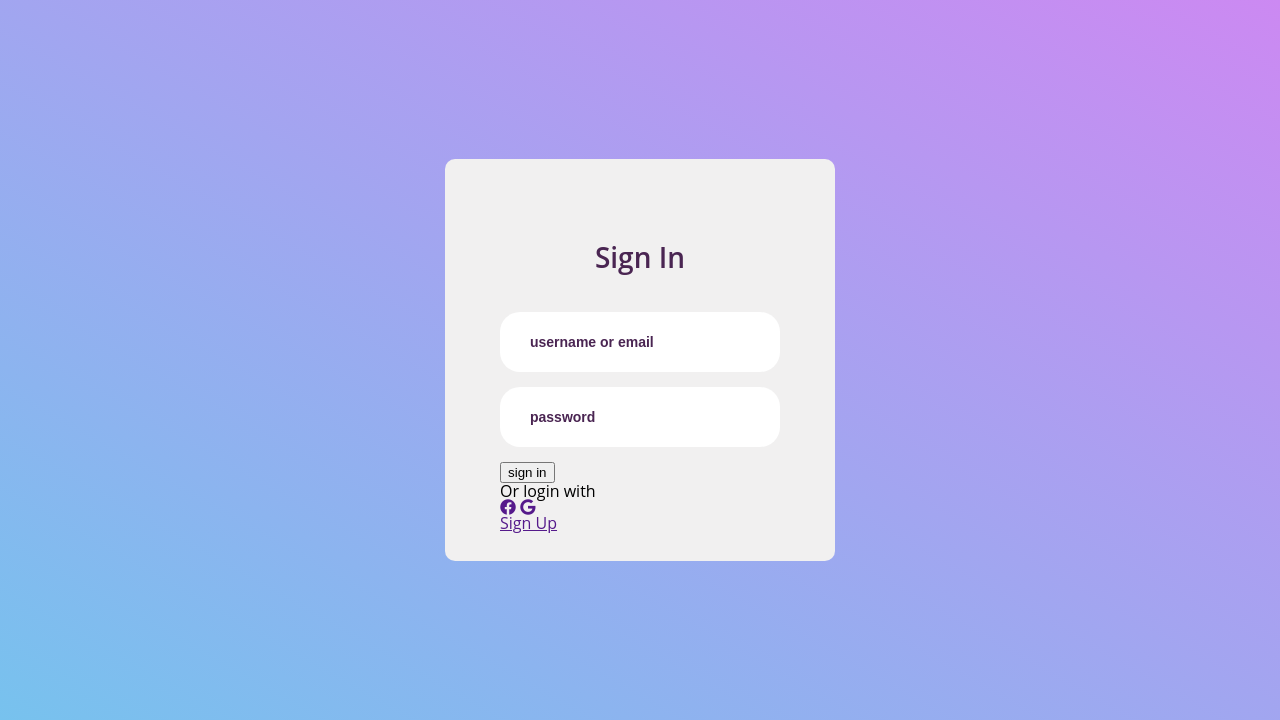
Repository: letrongtinh27/LapTrinhWeb
Page: signin/index.html
The author's editor kept a copy of each file at every save. The page is drawn from the files as they stood at one save, then again after the next save.
The browser window is 1280 px wide. The pictures show the whole page.

Above is the page before, as saved 2022-10-09 21:03:49.

### signin/index.html
<!DOCTYPE html>
<html lang="en">
<head>
    <meta charset="UTF-8">
    <meta http-equiv="X-UA-Compatible" content="IE=edge">
    <meta name="viewport" content="width=device-width, initial-scale=1.0">
    <title>Sign In</title>
    <link rel="stylesheet" href="reset.css">
    <link rel="stylesheet" href="style.css">
    <link rel="stylesheet" href="https://cdnjs.cloudflare.com/ajax/libs/font-awesome/6.2.0/css/all.min.css" integrity="sha512-xh6O/CkQoPOWDdYTDqeRdPCVd1SpvCA9XXcUnZS2FmJNp1coAFzvtCN9BmamE+4aHK8yyUHUSCcJHgXloTyT2A==" crossorigin="anonymous" referrerpolicy="no-referrer" />
</head>
<body>
    <div class="sign-in">
        <h4 class="title">Sign In</h4>
        <form action="#" class="form-group" autocomplete="off">
            <div class="form-item">
                <input type="text" placeholder="username or email" class="item">
            </div>
            <div class="form-item">
                <input type="password" placeholder="password" class="item" >
            </div>
            <button class="btn-signin">sign in</button>
            <p>Or login with</p>
            <div class="sing-in-icon">
                <a href="" class="facebook"><i class="fa-brands fa-facebook"></i></a>
                <a href="" class="google"><i class="fa-brands fa-google"></i></a>
            </div>
            <a href="" class="sign-up">Sign Up</a>
        </form>
    </div>
    <script src="https://code.jquery.com/jquery-3.3.1.slim.min.js" integrity="sha384-q8i/X+965DzO0rT7abK41JStQIAqVgRVzpbzo5smXKp4YfRvH+8abtTE1Pi6jizo" crossorigin="anonymous"></script>
    <script src="https://cdn.jsdelivr.net/npm/popper.js@1.14.7/dist/umd/popper.min.js" integrity="sha384-UO2eT0CpHqdSJQ6hJty5KVphtPhzWj9WO1clHTMGa3JDZwrnQq4sF86dIHNDz0W1" crossorigin="anonymous"></script>
    <script src="https://cdn.jsdelivr.net/npm/bootstrap@4.3.1/dist/js/bootstrap.min.js" integrity="sha384-JjSmVgyd0p3pXB1rRibZUAYoIIy6OrQ6VrjIEaFf/nJGzIxFDsf4x0xIM+B07jRM" crossorigin="anonymous"></script>
</body>
</html>

### signin/style.css
html {
    font-family: 'Open Sans',sans-serif;
}

* {
    box-sizing: border-box;
}

body {
    width: 100%;
    height: 100vh;
    background-image: linear-gradient(to right top,  #77C2EE, #CC89f2);
    display: flex;
    justify-content: center;
    align-items: center;
}

.sign-in{
    background-color: #f1f0f0;
    border-radius: 10px;
    width: 100%;
    max-width: 390px;
    padding: 80px 55px 30px 55px;

}
.title{
    font-size: 28px;
    font-weight: 600;
    text-align: center;
    color: #4a2552;
    padding-bottom: 37px;
    line-height: 36px;
}

.form-item{
    padding-bottom: 15px;
}
form {
    background-color: #f1f0f0;
    color: black;
  }
  ::placeholder { /* Chrome, Firefox, Opera, Safari 10.1+ */
    color: #4a2552;
    opacity: 1; /* Firefox */
  }

  :-ms-input-placeholder { /* Internet Explorer 10-11 */
    color: #4a2552;
  }

  ::-ms-input-placeholder { /* Microsoft Edge */
    color: #4a2552;
  }
.form-item > .item{
    border-radius: 20px;
    background-color: #ffffff;
    padding: 0 30px;
    border: 0;
    color: #4a2552;
    font-weight: 700;
    font-size: 14px;
    height: 60px;
    width: 280px;
    outline: none;
}




.btn-signin{

}
.sing-in-icon{

}
.facebook{

}
.fa-brands{

}
.fa-facebook{

}
.google{

}
.fa-google{

}
.sign-up{

}

Loaded but not shown: signin/reset.css (common file)

After the next save:
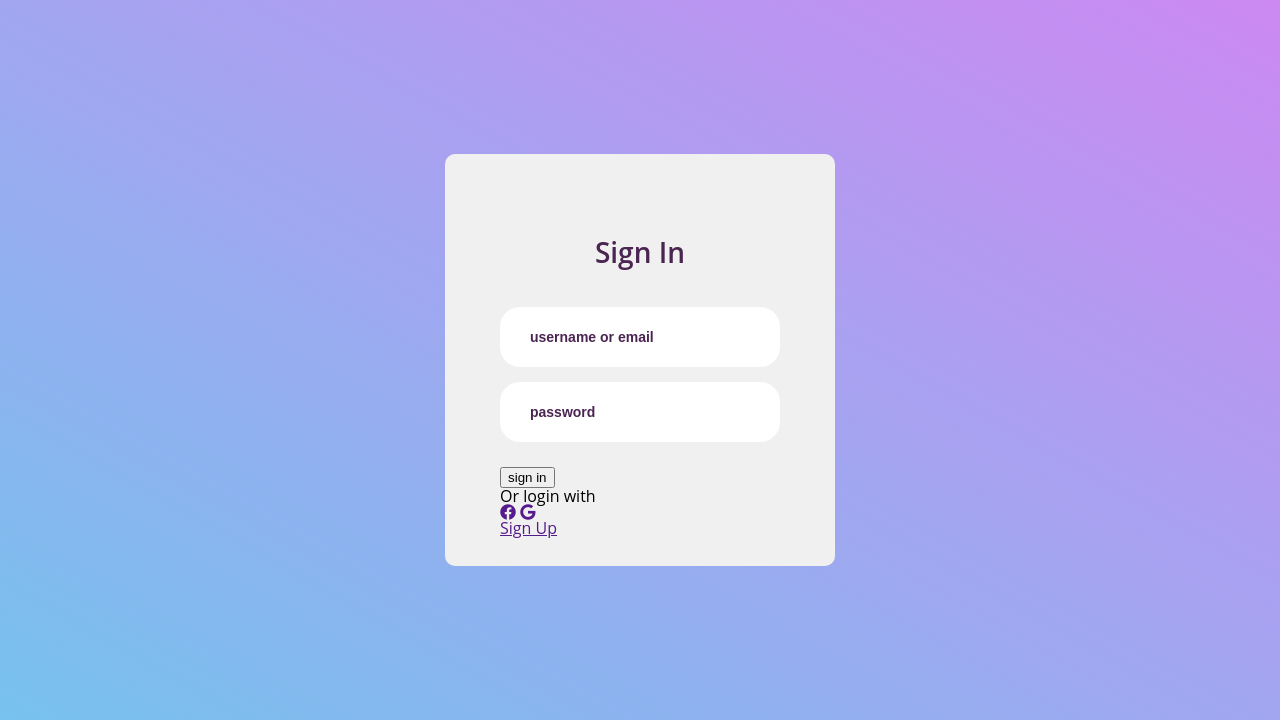
Saved 4 min 3 s later.
--- a/signin/style.css
+++ b/signin/style.css
@@ -64,10 +64,8 @@ form {
     outline: none;
 }
 
-
-
-
 .btn-signin{
+    margin: 10px auto 0 auto;
 
 }
 .sing-in-icon{
